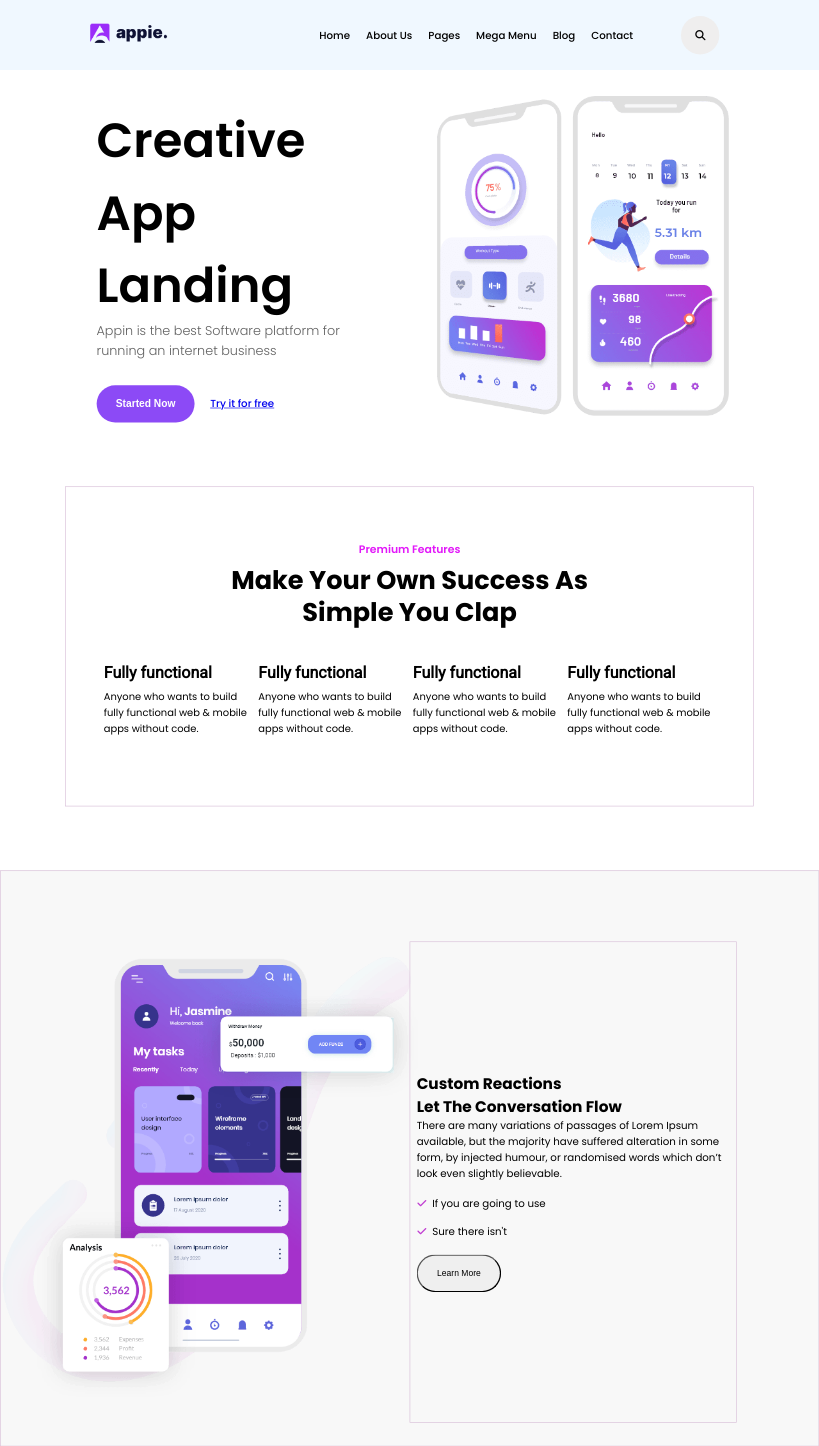
Repository: northpx/landingpage
Page: index.html
These files come from the project's save history. The page is drawn as it stood at one moment and after a run of saves; the edit follows.
The browser window is 1280 px wide. The pictures show the whole page, at 64% of full size.

Above is the page before, as saved 2022-12-28 16:02:42.

### index.html
<!DOCTYPE html>
<html lang="en">

<head>
    <meta charset="UTF-8">
    <meta http-equiv="X-UA-Compatible" content="IE=edge">
    <meta name="viewport" content="width=device-width, initial-scale=1.0">
    <link rel="stylesheet" href="/src/css/style.css">
    <link rel="stylesheet" href="https://cdnjs.cloudflare.com/ajax/libs/font-awesome/6.2.1/css/all.min.css"
        integrity="sha512-MV7K8+y+gLIBoVD59lQIYicR65iaqukzvf/nwasF0nqhPay5w/9lJmVM2hMDcnK1OnMGCdVK+iQrJ7lzPJQd1w=="
        crossorigin="anonymous" referrerpolicy="no-referrer" />
    <title>Document</title>

</head>

<body>
    <div class="container">
        <div class="navbar">
            <div class="logo">
                <div class="logo-img">
                    <img src="image/purple-logo.png" alt="">
                </div>
            </div>
            <div class="menu">
                <div class="menu-list">
                    <ul class="menu-item">
                        <li class="item">Home</li>
                        <li class="item">About Us</li>
                        <li class="item">Pages</li>
                        <li class="item">Mega Menu</li>
                        <li class="item">Blog</li>
                        <li class="item">Contact</li>
                    </ul>
                </div>
                <i class="fa-solid fa-bars"></i>
                <div class="search">
                    <div class="box-search">
                        <i class="fa-solid fa-magnifying-glass"></i>
                    </div>
                </div>
            </div>

        </div>
        <div class="header">
            <div class="header1">
                <div class="content">
                    <div class="header1_content">
                        <h1>Creative <br>App Landing</h1>
                        <h6>Appin is the best Software platform for running an internet business</h6>
                    </div>
                    <button class="btn_start">
                        Started Now
                    </button>
                    <a href="#">Try it for free</a>
                </div>
            </div>
            <div class="header2">
                <div class="header2_image">
                    <img src="image/home1-app-screen.png" alt="">
                </div>
            </div>
        </div>
        <div class="section2">
            <div class="section2_box">
                <div class="section2_title">
                    <p>Premium Features</p>
                    <h2>Make Your Own Success As <br>Simple You Clap</h2>
                </div>
                <div class="section2_content">
                    <div class="section2_content_body">
                        <div class="content1">
                            <div class="content_title">
                                <h2>Fully functional</h2>
                                <p>Anyone who wants to build fully functional web & mobile apps without code.</p>
                            </div>
                        </div>
                        <div class="content1">
                            <div class="content_title">
                                <h2>Fully functional</h2>
                                <p>Anyone who wants to build fully functional web & mobile apps without code.</p>
                            </div>
                        </div>
                        <div class="content1">
                            <div class="content_title">
                                <h2>Fully functional</h2>
                                <p>Anyone who wants to build fully functional web & mobile apps without code.</p>
                            </div>
                        </div>
                        <div class="content1">
                            <div class="content_title">
                                <h2>Fully functional</h2>
                                <p>Anyone who wants to build fully functional web & mobile apps without code.</p>
                            </div>
                        </div>
                    </div>
                </div>
            </div>
        </div>
        <div class="section3_container">
            <div class="section3">
                <div class="section3_img">
                    <div class="image">
                        <img src="image/Screen-1-1.png" alt="">
                    </div>
                </div>
                <div class="section3_content">
                    <div class="content3">
                        <h2>Custom Reactions</h2>
                        <h2>Let The Conversation Flow</h2>
                        <p>
                            There are many variations of passages of Lorem Ipsum available, but the majority have
                            suffered alteration in some form, by injected humour, or randomised words which don’t look
                            even slightly believable.
                        </p>
                        <ul>
                            <li>
                                <i class="fa-solid fa-check"></i>
                                <span>If you are going to use</span>
                            </li>
                            <li>
                                <i class="fa-solid fa-check"></i>
                                <span>Sure there isn't</span>
                            </li>
                        </ul>
                        <div class="btn-section3">
                            <button>Learn More</button>
                        </div>
                    </div>
                </div>
            </div>
        </div>
    </div>

</html>

### src/css/style.css
@import url('https://fonts.googleapis.com/css2?family=Poppins:ital,wght@0,200;0,300;0,400;0,500;0,600;0,700;0,800;0,900;1,200;1,300;1,400;1,500;1,600;1,700;1,800;1,900&family=Roboto&display=swap');
@import url(https://fonts.googleapis.com/css?family=Open+Sans:300,400,700);
*{
    padding: 0;
    margin: 0;
    box-sizing: border-box;
}
body{
    font-family: 'Poppins';
}
.container{
    width: 100%;
    height: 1000px;
    /* overflow: auto; */
}

.navbar{
    display: flex;
    width: 100%;
    height: 110px;
    align-items: center;
    margin: 0 auto;
    padding: 0 11%;
    position: sticky;
    top: 0;
    z-index: 5;
    background-color: aliceblue;
}


.menu{
    display: flex;
    margin-left: auto;
    align-items: center;
}

.menu .menu-item{
    display: flex;
    list-style-type: none;
}

.item{
    margin-right: 25px;
    font-weight: 500;
}

.search{
    margin-left: 50px;
    margin-right: 5px;
    align-items: center;
}
.box-search{
    width: 60px;
    height: 60px;
    background: #efeeee;
    color: rgb(4, 4, 4);
    display: inline-flex;
    align-items: center;
    justify-content: center;
    border-radius: 50%;
    margin-right: 10px;
}

.fa-solid.fa-bars{
    display: none;
}

.header{
    width: 78%;
    height: 550px;
    margin: 0 auto;
}

.header1{
    float: left;
    width: 50%;
    height: 550px;
    position: relative;
}
.header2{
    float: left;
    width: 50%;
    height: 550px;
    position: relative;
}
.header::after{
    content: "";
    display: table;
    clear: both;
}

.content{
    position: absolute;
    width: 90%;
    bottom: 0;
    left: 0;
    padding-left: 10px;
}
.header2_image{
    position: absolute;
    right: 0;
    bottom: 0;
}

.btn_start{
    border-radius: 30px;
    padding: 20px 30px;
    font-size: 16px;
    font-weight: 600;
    color: white;
    margin-right: 20px;
    border: none;
    outline: none;
    background-color: rgb(140, 74, 246);
}

a{
    font-size: 16px;
    font-weight: 500;
}

.header1_content{
    margin-bottom: 40px;
}
h1{
    font-size: 75px;
    font-weight: 600;
}

h6{
    font-weight: 300;
    font-size: 20px;
    color: rgb(97, 97, 97);
}

.section2{
    width: 84%;
    height: 500px;
    display: flex;
    flex-direction: column;
    border: 1px solid thistle;
    margin: 100px auto;
    /* margin-top: 100px; */
    align-items: center;
    justify-content: center;
}
.section2_title{
    text-align: center;
}
.section2_title h2{
    font-size: 40px;
    line-height: 50px;
}
.section2_title p{
    font-size: 17px;
    font-weight: 600;
    color: rgb(226, 24, 249);
    margin-bottom: 10px;
}
.section2_box{
    display: flex;
    flex-direction: column;
    margin-bottom: 20px;
    align-items: center;
    justify-content: center;
}

.section2_content{
    width: 100%;
    margin-top: 50px;
}
.section2_content_body{
    width: 90%;
    display: flex;
    margin: 0 auto;
}
.content1{
    width: 25%;
    padding: 5px;
}

.content_title h2{
    font-family: 'Roboto';
    font-weight: bold;
    font-size: 25px;
    margin-bottom: 10px;
}
.content_title p {
    line-height: 25px;
    font-size: 15.5px;
}

.section3_container{
    width: 100%;
    height: 900px;
    border: 1px solid thistle;
    background-color: rgb(248, 248, 248);
    padding: 110px 0px 70px;
}

.section3{
    width: 80%;
    display: flex;
    margin: 0 auto;
}

.section3_img{
    width: 50%;
    align-items: center;
    display: flex;
    flex-wrap: wrap;
    justify-content: center;
    line-height: 30px;
    padding: 10px;
}
.image{
    margin-left: -100px;
}
.section3_img img{
    display: inline-block;
    text-align: left;
}

.section3_content{
    display: flex;
    flex-wrap: wrap;
    align-items: center;
    justify-content: center;
    width: 50%;
    border: 1px solid thistle;
    padding: 10px;
}
.content3{
    width: 100%;
}

.content3 ul{
    list-style-type: none;
    line-height: 30px;
    margin: 20px 0px;
}
.content3 li:nth-child(1){
    padding-bottom: 7px;
}
.content3 li:nth-child(2){
    margin-top: 7px;
}
.fa-solid.fa-check{
    width: 20px;
    height: 16px;
    color: #c03ed1;
    font-weight: 900;
}

.btn-section3 button{
    padding: 20px 30px;
    border-radius: 40px;
}
.content3 h2:nth-child(1){
    font-size: ;
}

After the next 2 saves:
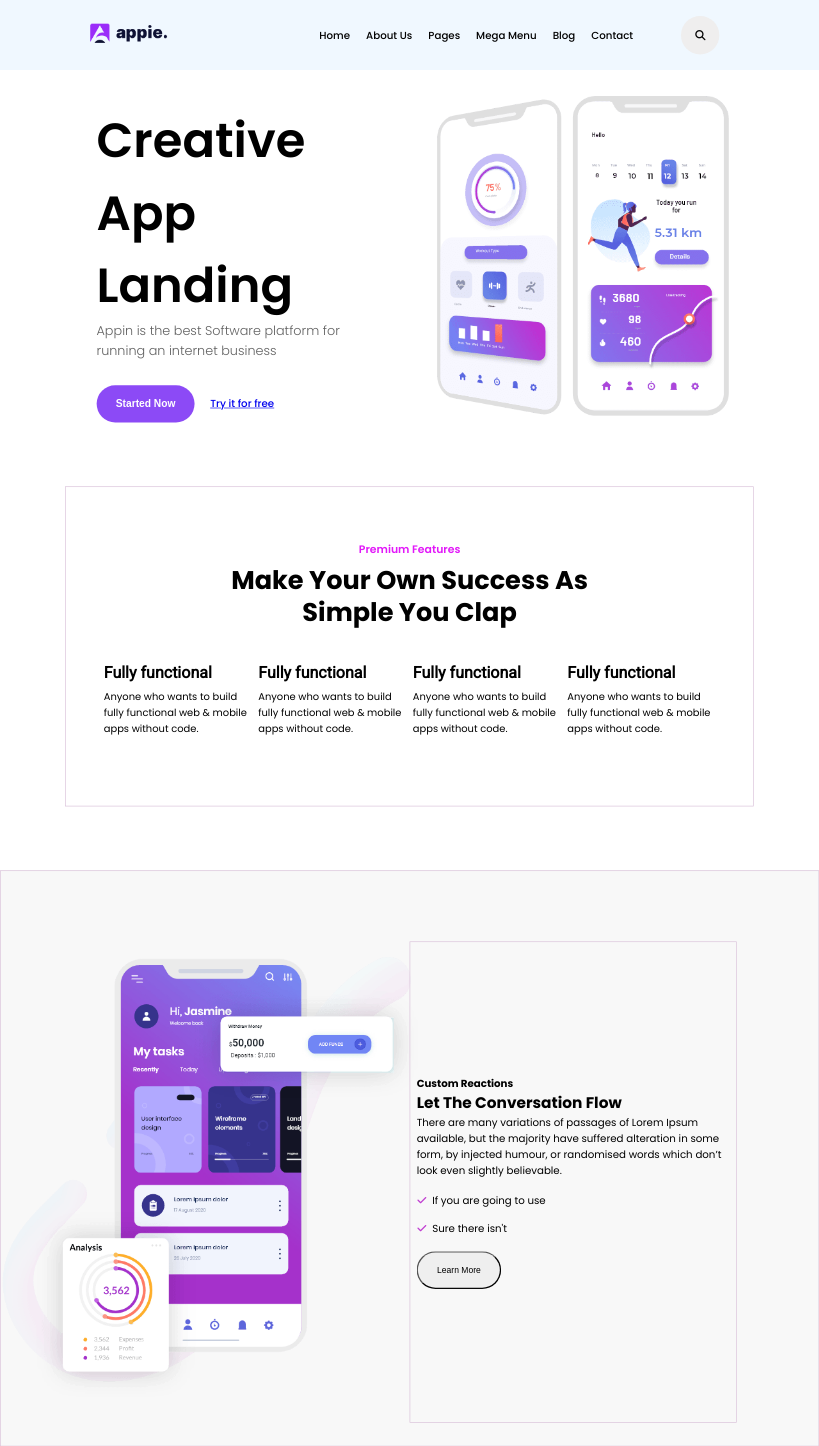
The 2 saves are shown as one change because they came seconds apart.
The last was saved 7 s later.
--- a/src/css/style.css
+++ b/src/css/style.css
@@ -257,5 +257,6 @@ h6{
     border-radius: 40px;
 }
 .content3 h2:nth-child(1){
-    font-size: ;
-}
+    font-size: 16px;
+    font-weight: bold;
+}
